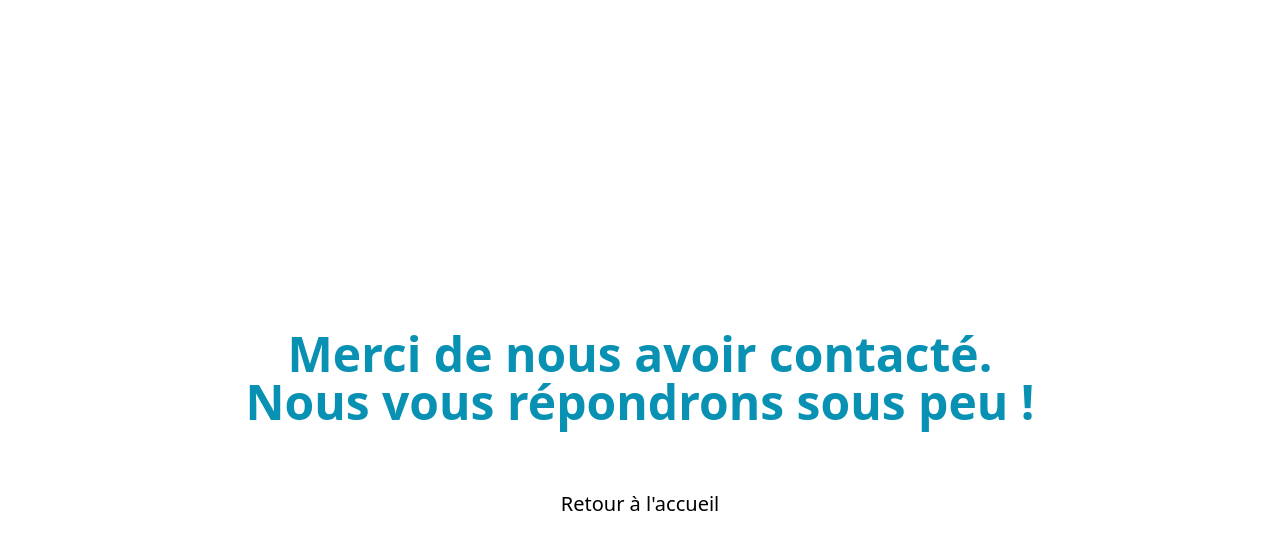
Repository: CarmenFerlatte/TP3__FerlatteCarmen
Page: confirmation.html
The author's editor kept a copy of each file at every save. The page is drawn from the files as they stood at one save, then again after the next save.
The browser window is 1280 px wide. The pictures show the whole page.
Some web libraries are served in a nearby version. The style sheet was rebuilt from its Sass, Less or Tailwind sources for each picture, by a compiler version that may differ from the author's.

Above is the page before, as saved 2024-08-29 12:36:50.

### confirmation.html
<!DOCTYPE html>
<html lang="en">
<head>
    <meta charset="UTF-8">
    <meta name="viewport" content="width=device-width, initial-scale=1.0">
    <title>Confirmation</title>
    <script src="https://cdn.tailwindcss.com"></script>
    <link href="https://cdn.jsdelivr.net/npm/tailwindcss@2.2.19/dist/tailwind.min.css" rel="stylesheet">
    <link rel="stylesheet" href="https://cdnjs.cloudflare.com/ajax/libs/font-awesome/6.4.0/css/all.min.css">
    <link rel="stylesheet" href="style/css/style.css">
    <link rel="manifest" href="manifest.json">
    <link rel="icon" href="favicon.ico" type="image/x-icon">
    <meta name="description" content="Carmen Ferlatte, web designer et étudiante en développement web front-end. Présentation de mon portefolio et services de Webmestre.">
    <meta name="apple-mobile-web-app-capable" content="yes" >
    <meta name="apple-mobile-web-app-status-bar-style" content="black" >
    <meta name="apple-mobile-web-app-title" content="Portefolio" >
    <meta name="theme-color" content="black">
    <link rel="apple-touch-icon" href="img/icons/icon-192x192.png">
    <script src="https://code.jquery.com/jquery-3.6.0.min.js"></script>
</head>
<body>
    <main>
        <section class="flex max-w-screen-2x h-screen items-center justify-center">
            <div class="container">
                <div class="col-12 text-center">
                    <h1 class="text-center text-3xl lg:text-4xl xl:text-5xl font-bold pt-32 pb-4 md:pb-16 text-cyan-600">Merci de nous avoir contacté.<br> Nous vous répondrons sous peu !</h1>
                    <a class="cursor-pointer text-xl text-blue" href="index.html" title="Retour à la page d'accueil">Retour à l'accueil</a>
                </div>
            </div>
    </main>
</body>
</html>

### style/sass/style.scss
@use "navbar" as *;
@use "caroussel" as *;
@use "animate" as *;
@use "option" as *;
@use "calendrier" as *;

### style/sass/_navbar.scss
@keyframes neon-pulse {
    0%, 100% {
        text-shadow: 0 0 5px #fff, 0 0 10px #fff, 0 0 15px #fff, 0 0 20px #0891b2, 0 0 35px #0891b2, 0 0 40px #0891b2, 0 0 50px #0891b2, 0 0 75px #0891b2;
    }
    50% {
        text-shadow: 0 0 2px #fff, 0 0 5px #fff, 0 0 7px #fff, 0 0 10px #0891b2, 0 0 17px #0891b2, 0 0 20px #0891b2, 0 0 25px #0891b2, 0 0 37px #0891b2;
    }
}

.neon-text {
    animation: neon-pulse 1.5s infinite alternate;
}

.bg-animated {
    background: linear-gradient(-45deg, #000000, #1a1a1a, #000033, #003366);
    background-size: 400% 400%;
    animation: gradient 15s ease infinite;
}

@keyframes gradient {
    0% { background-position: 0% 50%; }
    50% { background-position: 100% 50%; }
    100% { background-position: 0% 50%; }
}

.cyber-grid {
    background-image:
        linear-gradient(rgba(0, 255, 255, 0.1) 1px, transparent 1px),
        linear-gradient(90deg, rgba(0, 255, 255, 0.1) 1px, transparent 1px);
    background-size: 20px 20px;
    animation: cyber-grid-move 20s linear infinite;
}

@keyframes cyber-grid-move {
    0% { background-position: 0 0; }
    100% { background-position: 20px 20px; }
}



.nav-link {
    position: relative;
    overflow: hidden;

        &::before {
            content: '';
            position: absolute;
            bottom: 0;
            left: 0;
            width: 100%;
            height: 2px;
            background-color: #0891b2;
            transform: translateX(-100%);
            transition: transform 0.3s ease;
        }

       &:hover::before {
            transform: translateX(0);
        }

        &::after {
            content: attr(data-text);
            position: absolute;
            top: 0;
            left: 0;
            width: 100%;
            height: 100%;
            display: flex;
            align-items: center;
            justify-content: center;
            transform: translateY(100%);
            background: linear-gradient(to bottom, #0891b2, rgb(103, 232, 249));
            -webkit-background-clip: text;
            background-clip: text;
            -webkit-text-fill-color: transparent;
            transition: transform 0.3s ease;
        }

        &:hover::after {
            transform: translateY(0);
        }
}


.glitch-effect {
    position: relative;

    &::before,
    &::after {
        content: attr(data-text);
        position: absolute;
        top: 0;
        left: 0;
        width: 100%;
        height: 100%;
        opacity: 0.8;
    }

    &::before {
        left: 2px;
        text-shadow: -2px 0 rgb(236, 72, 153);
        clip: rect(24px, 550px, 90px, 0);
        animation: glitch-anim 3s infinite linear alternate-reverse;
    }

    &::after {
        left: -2px;
        text-shadow: -2px 0 #0891b2;
        clip: rect(85px, 550px, 140px, 0);
        animation: glitch-anim 2s infinite linear alternate-reverse;
    }

}



@keyframes glitch-anim {
    0% { clip: rect(39px, 9999px, 71px, 0); }
    20% { clip: rect(3px, 9999px, 5px, 0); }
    40% { clip: rect(6px, 9999px, 38px, 0); }
    60% { clip: rect(13px, 9999px, 43px, 0); }
    80% { clip: rect(44px, 9999px, 93px, 0); }
    100% { clip: rect(54px, 9999px, 47px, 0); }
}

#menu-toggle {
    &:checked {
        ~ .menu {
            display: block;
        }

        ~ .menu-icon {
            .hamburger {
                transform: rotate(45deg);

                &::before {
                    transform: translateY(8px) rotate(90deg);
                }

                &::after {
                    transform: translateY(-8px) rotate(90deg);
                }
            }
        }
    }
}

.hamburger,
.hamburger::before,
.hamburger::after {
    content: '';
    display: block;
    background: #0891b2;
    height: 3px;
    width: 30px;
    transition: transform 0.5s cubic-bezier(0.23, 1, 0.32, 1);
}

.hamburger {
    &::before {
        transform: translateY(-8px);
    }

    &::after {
        transform: translateY(8px);
    }
}

@media (max-width: 768px) {
    .menu {
        position: fixed;
        top: 60px;
        left: 0;
        right: 0;
        width: 100%;
        height: 0;
        background: rgba(0, 0, 0, 0.9);
        overflow: hidden;
        transition: height 0.5s cubic-bezier(0.23, 1, 0.32, 1);
        text-align: right;
        padding-right: 20px;
        padding-top: 20px;

        a {
            display: block;
            font-size: 1.2rem;
            padding: 10px 0;
            text-decoration: underline 2px #0891b2;

            &:hover {
                color: #0891b2;
                text-decoration: none;
                cursor: pointer;
            }
        }
    }

    #menu-toggle:checked ~ .menu {
        height: calc(100vh - 60px);
    }
}

@media (max-width: 640px) {
    .no-glitch {
        animation: none !important;
    }
}

/*-------------Invisible Navbar-------------*/

.navbar-hidden {
    transform: translateY(-100%);
    transition: transform 0.3s ease-in-out;
}

### style/sass/_caroussel.scss
.carousel-control {
    position: absolute;
    top: 0;
    z-index: 30;
    display: flex;
    align-items: center;
    justify-content: center;
    height: 100%;
    padding: 0 1rem;
    cursor: pointer;
    outline: none;

    &-prev {
    left: 0;
    }

    &-next {
    right: 0;
    }

    span {
    display: inline-flex;
    align-items: center;
    justify-content: center;
    width: 2.5rem;
    height: 2.5rem;
    border-radius: 50%;
    background-color: rgba(0, 0, 0, 0.3);
    transition: background-color 0.3s;

        &:hover {
        background-color: rgba(0, 0, 0, 0.5);
        }

        svg {
        width: 1rem;
        height: 1rem;
        color: white;
        }

        .sr-only {
        position: absolute;
        width: 1px;
        height: 1px;
        padding: 0;
        margin: -1px;
        overflow: hidden;
        clip: rect(0, 0, 0, 0);
        border: 0;
        }

    }
}

### style/sass/_animate.scss
@keyframes slide-in-right {
  0% {
    transform: translateX(100%);
    opacity: 0;
  }
  100% {
    transform: translateX(0);
    opacity: 1;
  }
}

.animate-slide-in-right {
  animation: slide-in-right 0.5s ease-out forwards;
}

### style/sass/_option.scss
/*---------- Menu sélectionné ----------*/

.custom-select option:hover {
    background-color: #0891b2;
}

### style/sass/_calendrier.scss

.calendar-iframe {
  border: 0;
  width: 100%;
  height: 650px;

}

After the next save:
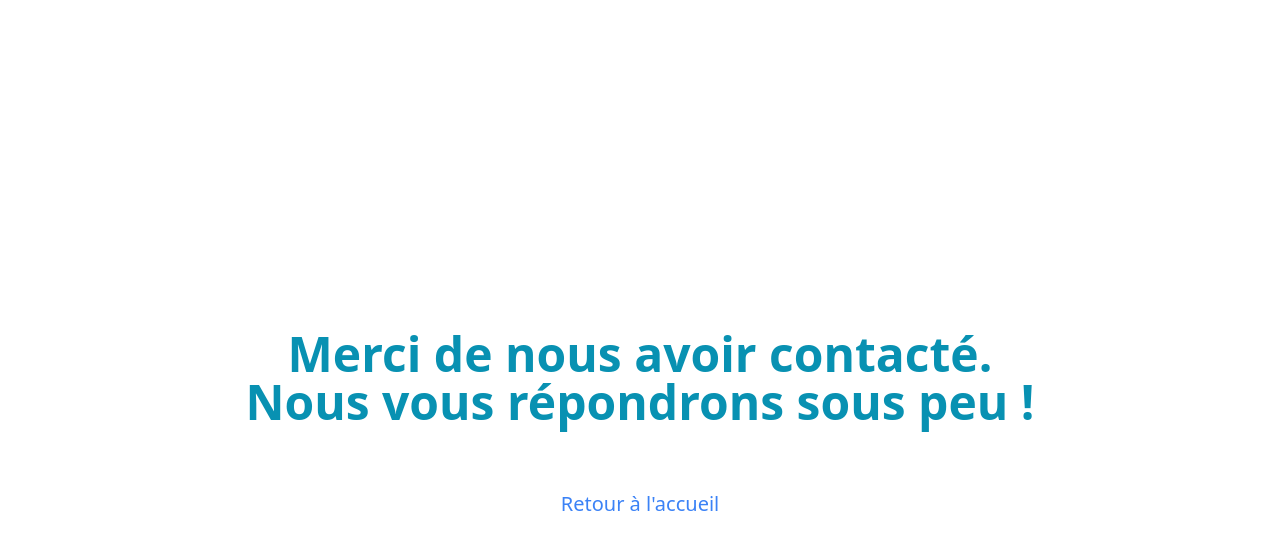
Saved 7 s later.
--- a/confirmation.html
+++ b/confirmation.html
@@ -24,7 +24,7 @@
             <div class="container">
                 <div class="col-12 text-center">
                     <h1 class="text-center text-3xl lg:text-4xl xl:text-5xl font-bold pt-32 pb-4 md:pb-16 text-cyan-600">Merci de nous avoir contacté.<br> Nous vous répondrons sous peu !</h1>
-                    <a class="cursor-pointer text-xl text-blue" href="index.html" title="Retour à la page d'accueil">Retour à l'accueil</a>
+                    <a class="cursor-pointer text-xl text-blue-500" href="index.html" title="Retour à la page d'accueil">Retour à l'accueil</a>
                 </div>
             </div>
     </main>
